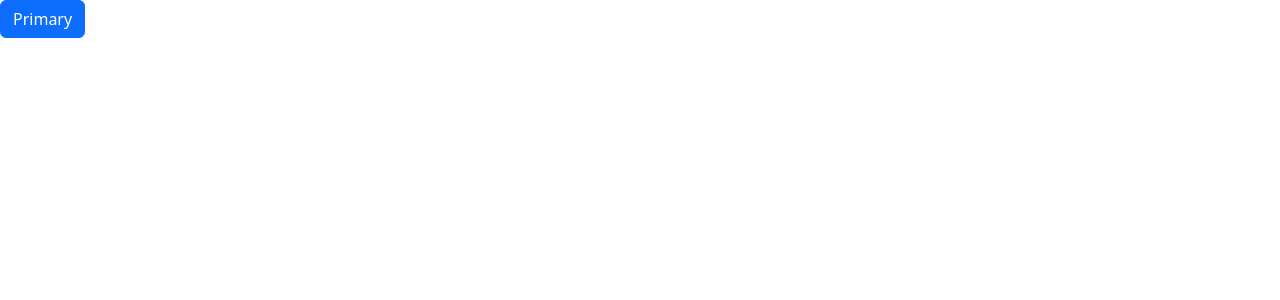
Repository: iris5105/first-project
Page: http://localhost/BootStrapTest/
The author's editor kept a copy of each file at every save. The page is drawn from the files as they stood at one save, then again after the next save.
The browser window is 1280 px wide. The pictures show the whole page.
The page is served by Tomcat 9.

Above is the page before, as saved 2022-11-19 14:24:00.

After the next save:
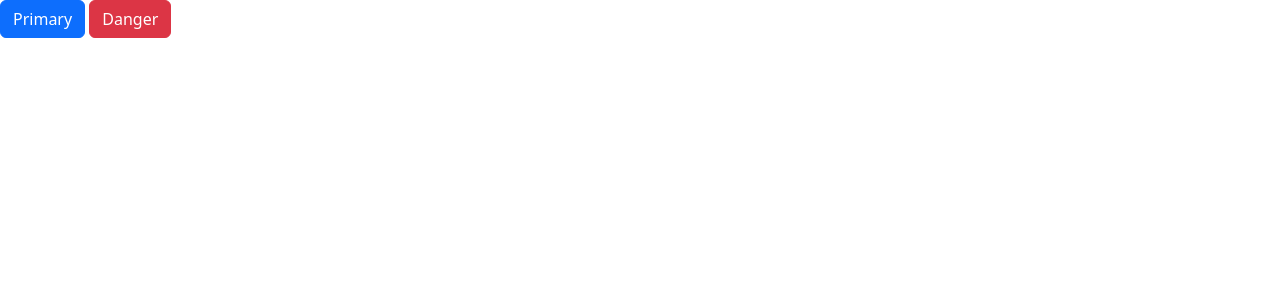
Saved 58 s later.
--- a/BootStrapTest/WebContent/index.jsp
+++ b/BootStrapTest/WebContent/index.jsp
@@ -11,6 +11,7 @@
   <body>
 
     <button type="button" class="btn btn-primary">Primary</button>
+    <button type="button" class="btn btn-danger">Danger</button>
 
 
 
